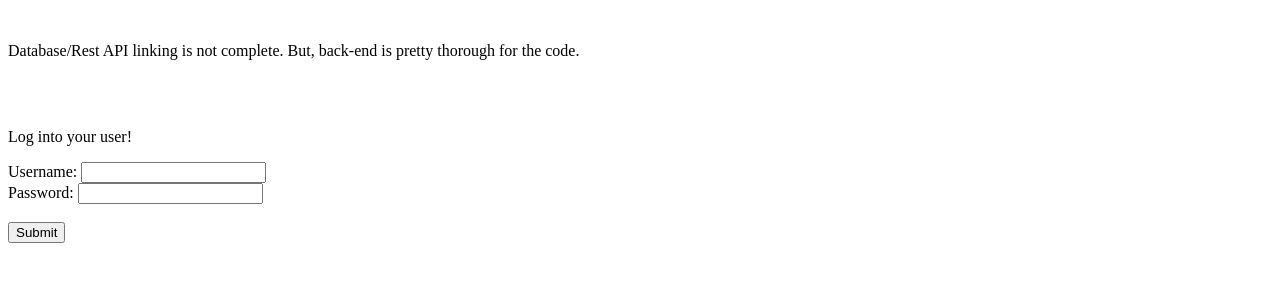
Repository: hcm4990/BankingApplicationRestAPI
Page: gs-serving-web-content-complete/src/main/resources/static/index.html
These files come from the project's save history. The page is drawn as it stood at one moment and after the next save; the edit follows.
The browser window is 1280 px wide. The pictures show the whole page.

Above is the page before, as saved 2020-04-06 15:10:44.

After the next save:
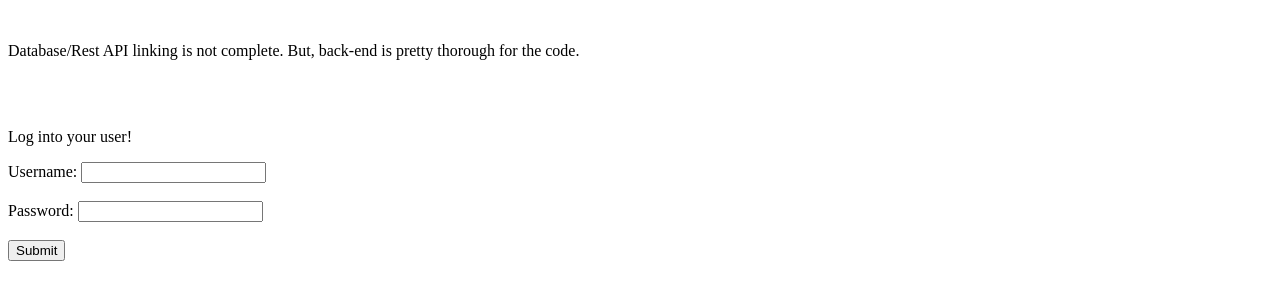
Saved 19 s later.
--- a/gs-serving-web-content-complete/src/main/resources/static/index.html
+++ b/gs-serving-web-content-complete/src/main/resources/static/index.html
@@ -12,7 +12,7 @@
 	<p><p>Log into your user!</p>
 	<form action="/transaction">
 		<label for="user_id">Username:</label> <input type="text" id="user_id"
-			name="user_id"><br>
+			name="user_id"><br> <br>
 		<label for="pass_word">Password:</label> <input type="text" id="pass_word"
 			name="pass_word"><br>
 		<br> <input type="submit" value="Submit">
